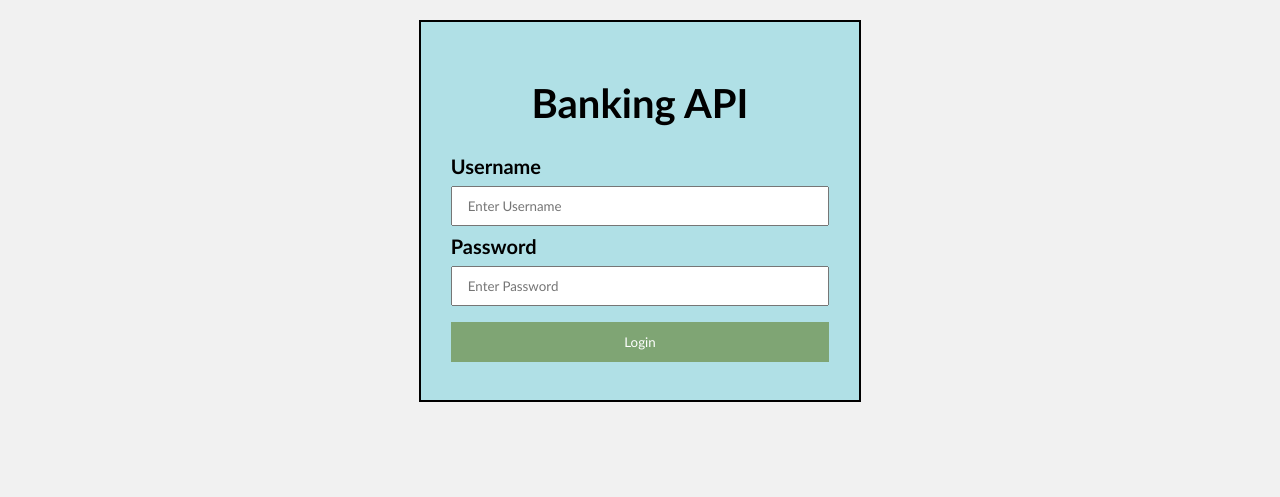
Repository: kennyufish/Revature_ROCP1_Project_Banking_API
Page: banking_api/src/main/webapp/index.html
An editor plug-in stored every save of this project. The page is shown before and after the next save, followed by the edit.
The browser window is 1280 px wide. The pictures show the whole page.

Above is the page before, as saved 2020-10-12 14:21:47.

After the next save:
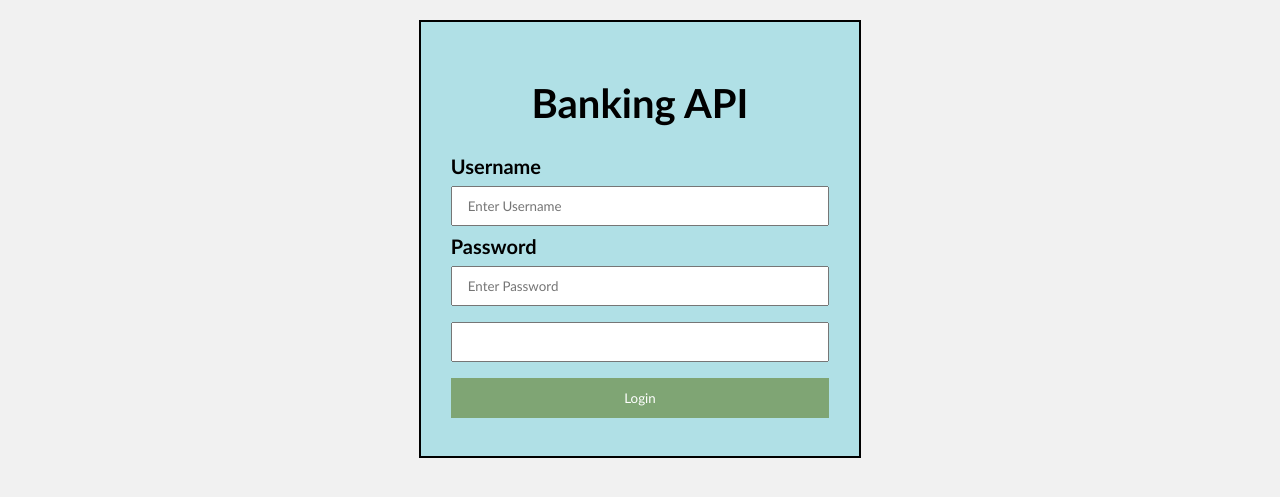
Saved 19 min 19 s later.
--- a/banking_api/src/main/webapp/index.html
+++ b/banking_api/src/main/webapp/index.html
@@ -13,6 +13,7 @@
 			<input class="loginInput" type="text" name="username" placeholder="Enter Username" required>
 			<label for="password"><b>Password</b></label>
 			<input class="loginInput" type="password" name="password" placeholder="Enter Password" required>
+			<input class="loginInput" type="number" name="password" required>
 			<button type="submit">Login</button>
 		</form>
 	</div>
